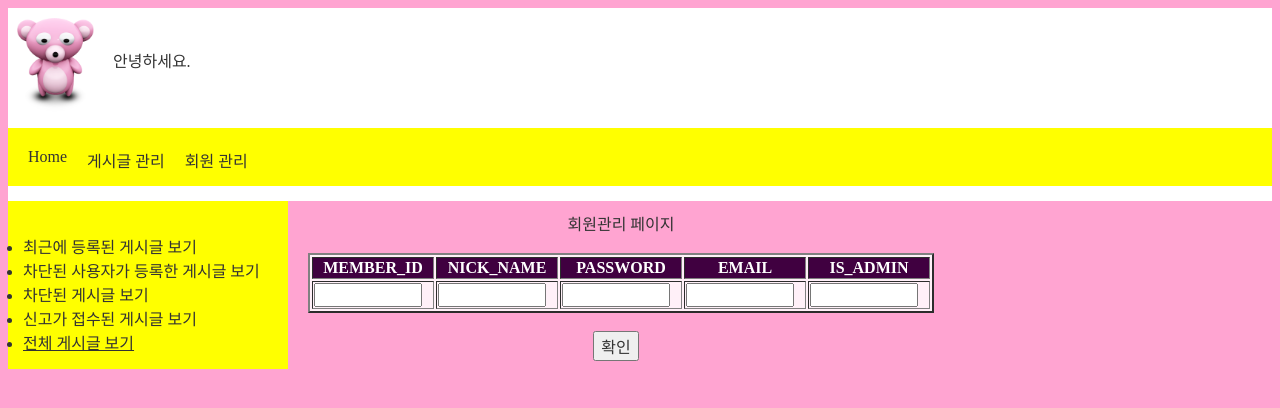
Repository: BaekJiGyeong/JSP_web
Page: http://localhost/Article-admin/WEB-INF/view/member/detailMember.jsp
These files come from the project's save history. The page is drawn as it stood at one moment and after the next save; the edit follows.
The browser window is 1280 px wide. The pictures show the whole page.
The page is served by Tomcat 9. Nobody is signed in. The template is opened directly, without the code that normally fills it, so the values that code supplies are empty.

Above is the page before, as saved 2016-03-16 08:45:20.

After the next save:
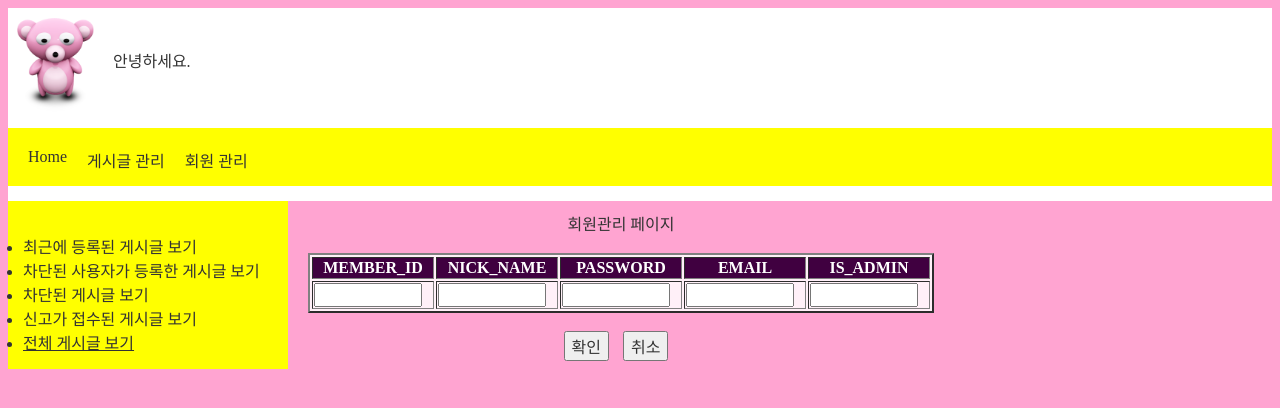
Saved 27 s later.
--- a/Article-admin/WebContent/WEB-INF/view/member/detailMember.jsp
+++ b/Article-admin/WebContent/WEB-INF/view/member/detailMember.jsp
@@ -28,4 +28,5 @@
 	<br />
 
 	<input type="button" id="submit" value="확인"/>
+	<input type="button" id="cancel" value="취소"/>
 </div>
